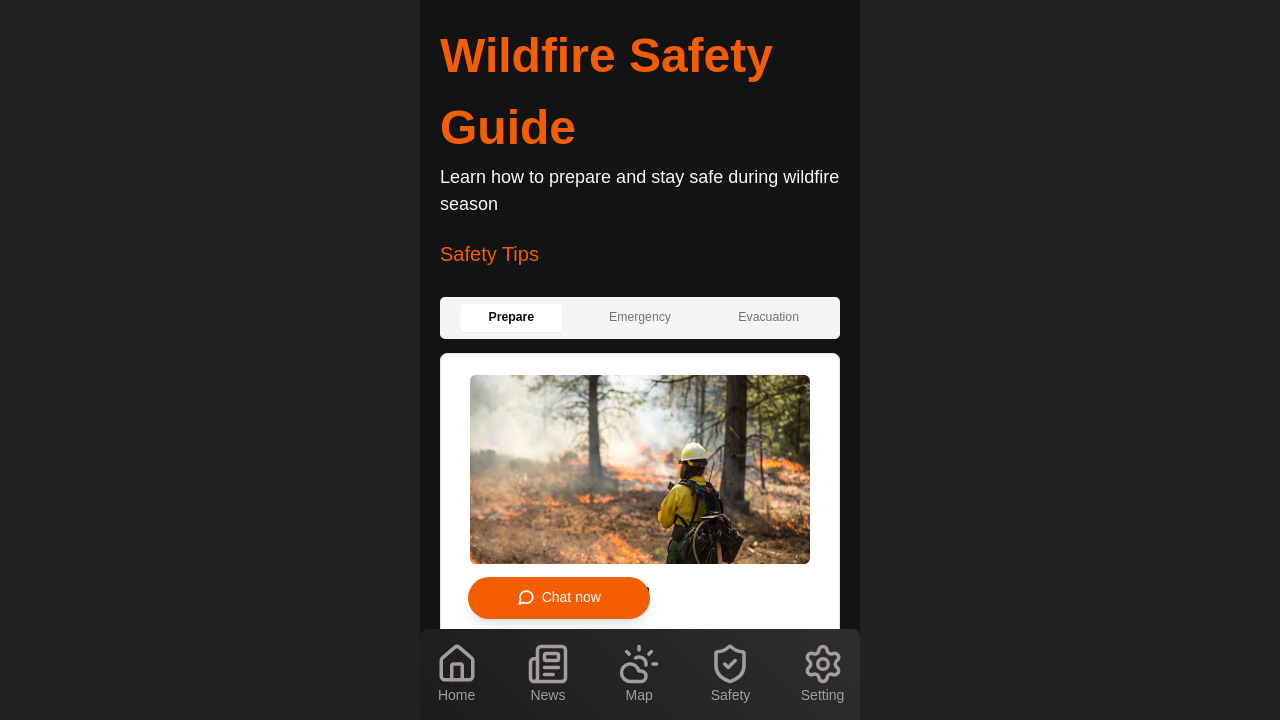
Repository: BCITKevin/Flare_IDSP
Page: /safety
The author's editor kept a copy of each file at every save. The page is drawn from the files as they stood at one save, then again after the next save.
The browser window is 1280 px wide. The pictures show the whole page.
An inner scrolling area shows only its first screen. Some web fonts or font styles are not loaded; a fallback is used. The project was rebuilt for these pictures with package versions that can differ from the ones it lists, and the page was loaded fresh each time. The framework's server and built-in components were replaced by stand-ins that run in the browser. Also part of the build but not shown: next.config.js, next.config.mjs.

Above is the page before, as saved 2024-11-30 08:00:58.

After the next save:
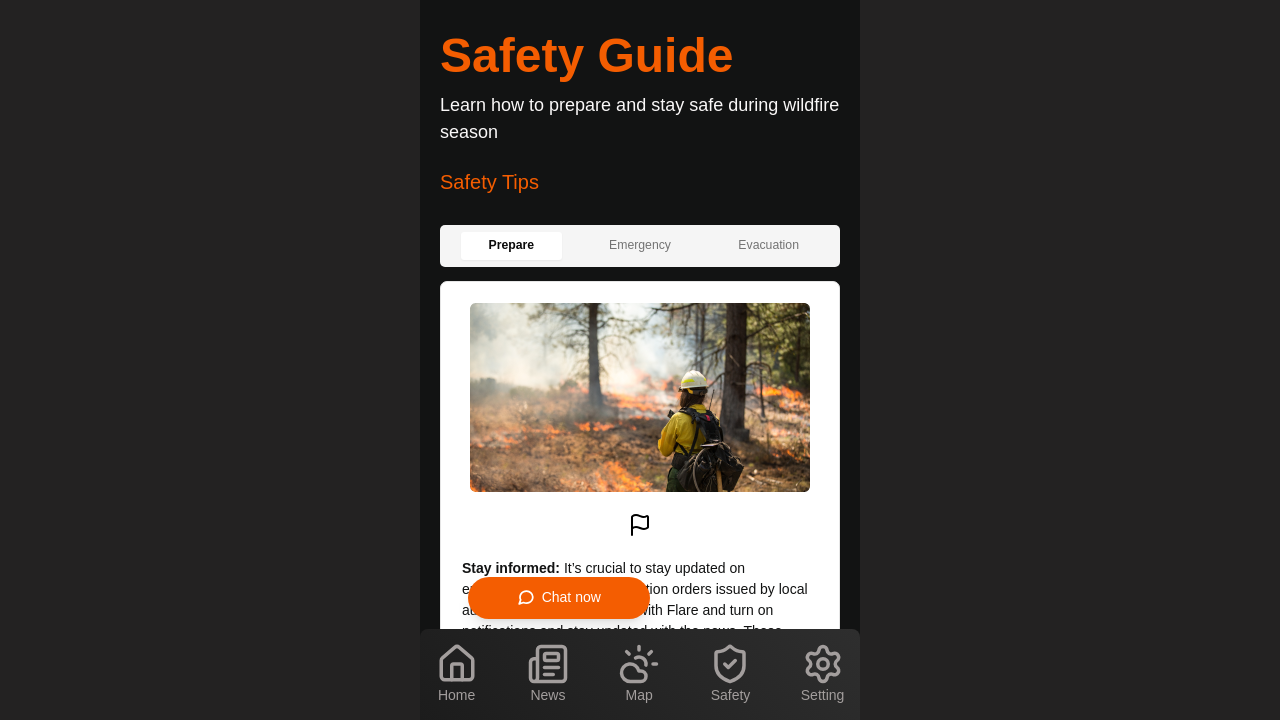
Saved 25 s later.
--- a/src/app/safety/page.tsx
+++ b/src/app/safety/page.tsx
@@ -157,7 +157,7 @@ export default function Safety() {
             <div className="safetyLayout h-full overflow-y-auto mb-44">
                 <div className={styles.safetyHeading}>
                     <h1>
-                        Wildfire Safety Guide
+                        Safety Guide
                     </h1>
                     <h5 className={styles.whiteText}>
                         Learn how to prepare and stay safe during wildfire season
